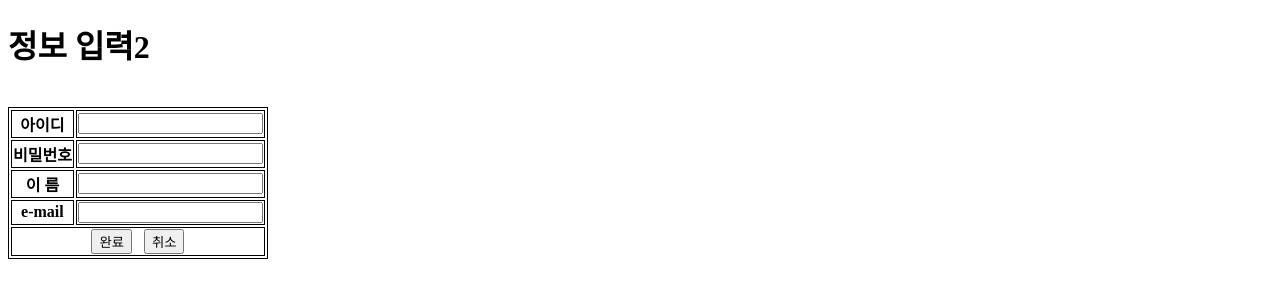
Repository: Jh1227/JSP
Page: http://localhost/12_EL/ex06_collection/memberForm5.jsp
The author's editor kept a copy of each file at every save. The page is drawn from the files as they stood at one save, then again after the next save.
The browser window is 1280 px wide. The pictures show the whole page.
The page is served by Tomcat 9. Other server files are loaded and not shown.

Above is the page before, as saved 2023-04-10 01:49:18.

### 12_EL/src/main/webapp/ex06_collection/memberForm5.jsp

<!-- ex03_scope/memberForm2.jsp -->

<%@ page language="java" contentType="text/html; charset=UTF-8"
    pageEncoding="UTF-8"%>
<!DOCTYPE html>
<html>
<head>
<meta charset="UTF-8">
<title>memberForm2.jsp</title>
<style type="text/css">
table, th, td { border: 1px solid black; }
</style>
</head>
<body>
	<h1>정보 입력2</h1>
	<br>
	<form action="forward.jsp" method ="post">
		<table>
			<tr>
				<th> 아이디 </th>
				<td><input type ="text" name ="id"></td>
			</tr>
			<tr>
				<th> 비밀번호 </th>
				<td><input type ="password" name ="pwd"></td>
			</tr>
			<tr>
				<th> 이 름 </th>
				<td><input type ="text" name ="name"></td>
			</tr>
			<tr>
				<th> e-mail </th>
				<td><input type ="text" name ="email"></td>
			</tr>
			<tr>
				<td colspan ="2" align ="center">
					<input type ="submit" value ="완료"> &nbsp; <input type ="reset" value ="취소">
				</td>
			</tr>
		</table>
	</form>
</body>
</html>

After the next save:
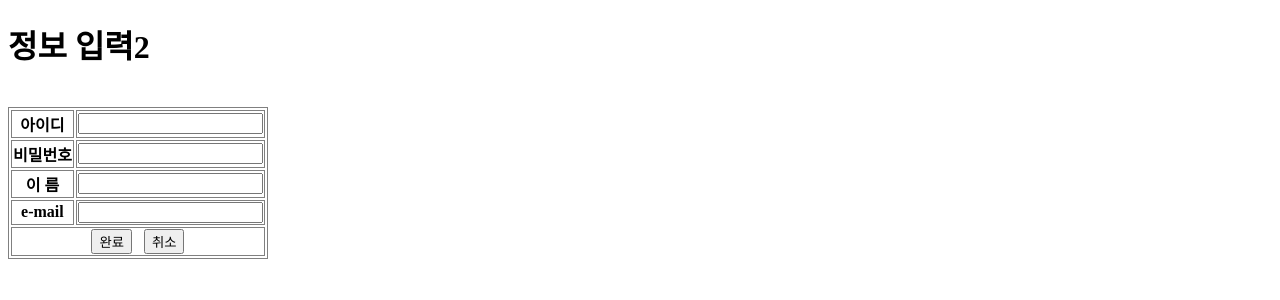
Saved 11 s later.
--- a/12_EL/src/main/webapp/ex06_collection/memberForm5.jsp
+++ b/12_EL/src/main/webapp/ex06_collection/memberForm5.jsp
@@ -9,7 +9,7 @@
 <meta charset="UTF-8">
 <title>memberForm2.jsp</title>
 <style type="text/css">
-table, th, td { border: 1px solid black; }
+table, th, td { border: 1px solid gray; }
 </style>
 </head>
 <body>
